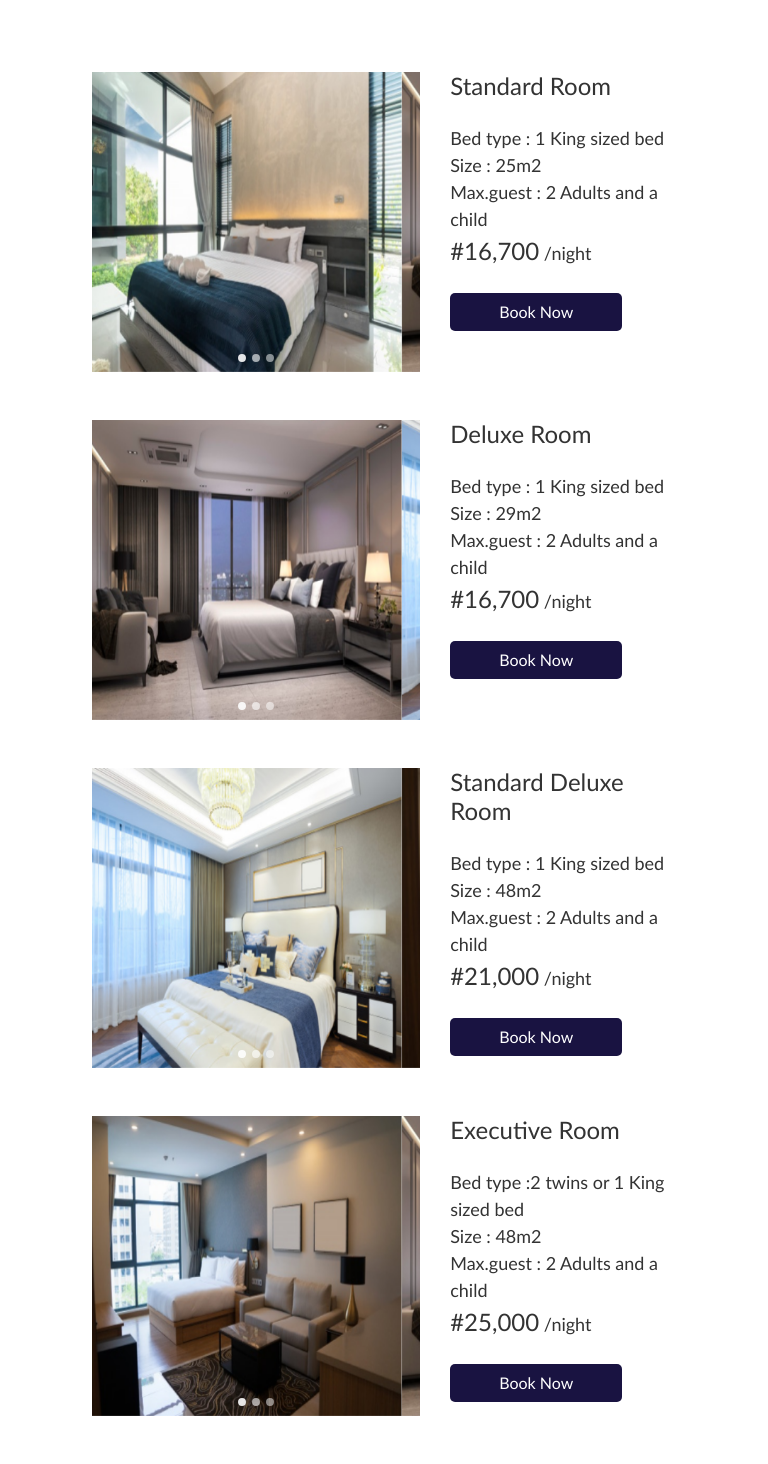
Repository: Syfon01/hotel-website
Page: index.html
The author's editor kept a copy of each file at every save. The page is drawn from the files as they stood at one save, then again after the next save.
The browser window is 768 px wide. The pictures show the part of the page from y = 497 to 1961 px (the page is 2871 px tall).
Pictures or frames that could not be fetched are drawn as grey boxes.

Above is the page before, as saved 2020-06-09 18:32:48.

After the next save:
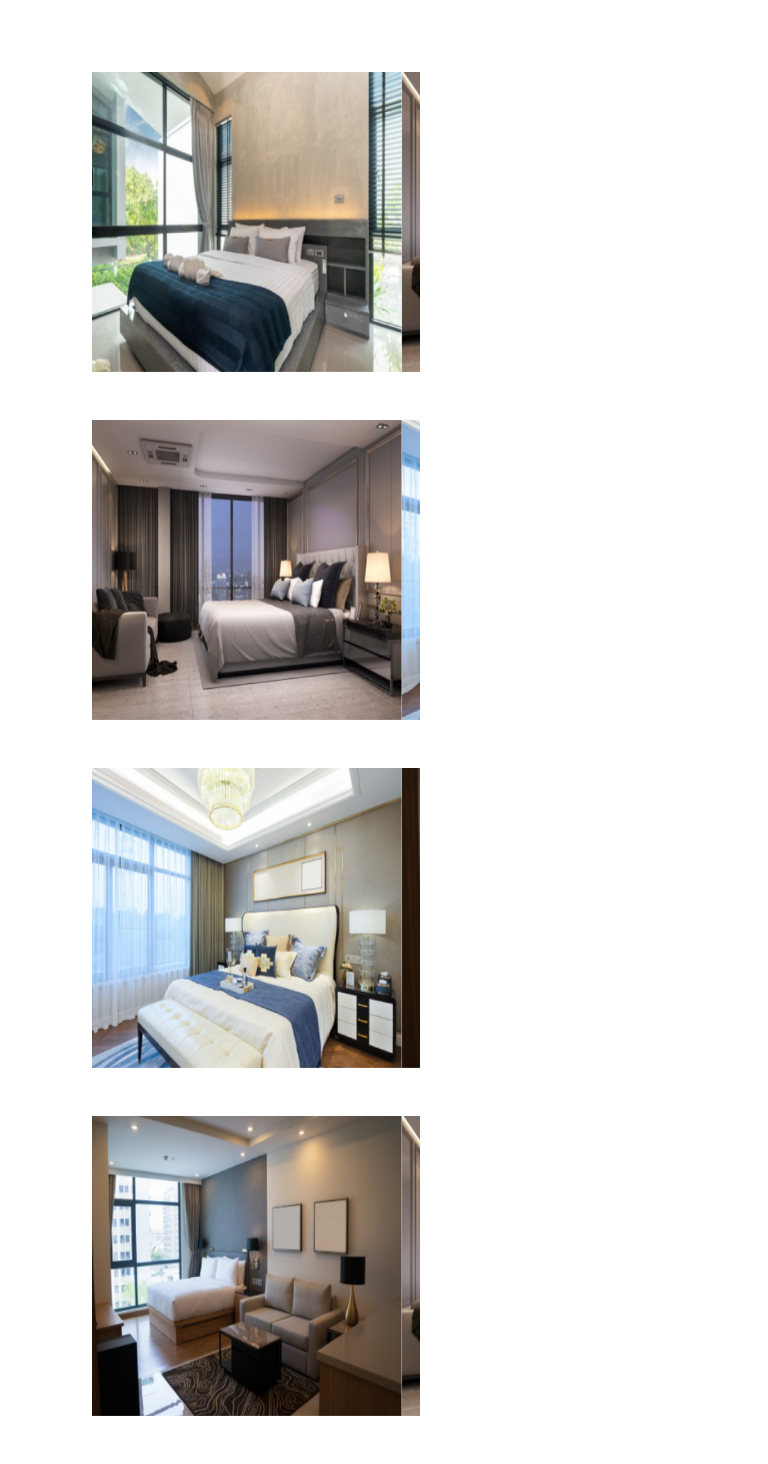
Saved 2 min 37 s later.
--- a/room.css
+++ b/room.css
@@ -66,3 +66,91 @@ p{
   }
 
 }
+
+@media (max-width: 991px) {
+  #words {
+    width: 100%;
+    /* margin: auto;
+      text-align: justify; */
+  }
+
+  .row {
+    /* opacity: 0.4; */
+    position: relative;
+    overflow: hidden;
+  }
+
+  .col-md-7 {
+    opacity: 1;
+    display: block;
+    width: 100%;
+    height: auto;
+    transition: .5s ease;
+    backface-visibility: hidden;
+  }
+
+  .col-md-5 {
+    opacity: 0;
+    position: absolute;
+    top: 2;
+    left: 0;
+    padding: 0em;
+    line-height: 1;
+    /* background-color: blue; */
+    /* transform: translate(-50%, -50%); */
+    /*-ms-transform: translate(-50%, -50%); */
+
+  }
+
+  .col-md-5 p {
+    color: white
+  }
+
+  .col-md-5 h4 {
+    color: white
+  }
+
+  .row:hover .col-md-7 {
+    /* opacity: ; */
+
+  }
+
+  .row:hover .col-md-5 {
+    opacity: 0.9;
+    padding: 0em 1em;
+
+  }
+
+  .row:hover.btn-purple {
+    opacity: 1;
+
+  }
+
+  .hovertext {
+    padding: 1.5em 1em;
+    background-color: #112966;
+
+    /* font-size: 16px;
+      padding: 16px 32px; */
+  }
+
+  .btn-purple {
+    color: #191341;
+    background-color: #fff;
+    padding: 0.2em;
+    font-size: 25px;
+    margin-top: 0em;
+    font-weight: bold;
+  }
+
+  .btn-purple:hover {
+    background-color: rgb(3, 87, 3);
+    color: white;
+    border: none;
+    outline: none
+  }
+
+  .carousel-indicators li {
+    display: none
+  }
+}
